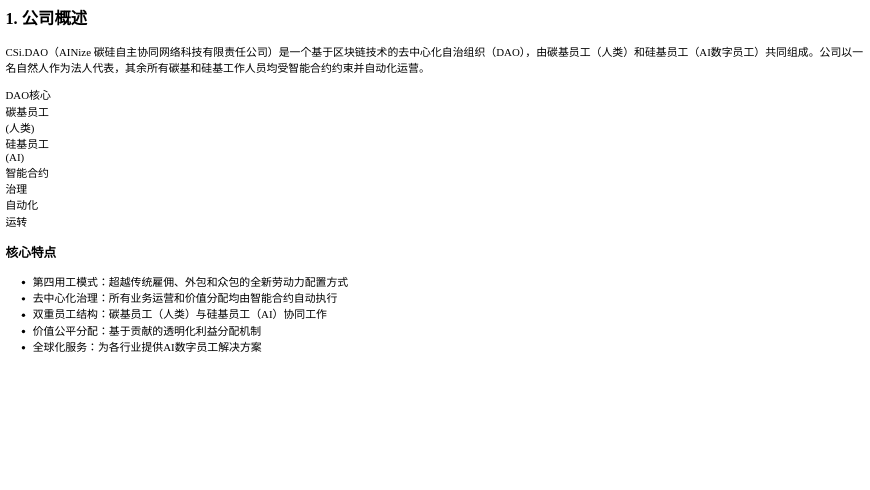
Repository: delez911/ainize
Page: static-site/src/components/overview/overview.html
An editor plug-in stored every save of this project. The page is shown before and after the next save, followed by the edit.
The browser window is 1280 px wide. The pictures show the whole page, at 68% of full size.

Above is the page before, as saved 2025-04-24 02:19:30.

### static-site/src/components/overview/overview.html
<section id="overview" class="section">
  <div class="section-container">
    <h2 class="section-title">1. 公司概述</h2>
    <div class="content">
      <p>CSi.DAO（AINize 碳硅自主协同网络科技有限责任公司）是一个基于区块链技术的去中心化自治组织（DAO），由碳基员工（人类）和硅基员工（AI数字员工）共同组成。公司以一名自然人作为法人代表，其余所有碳基和硅基工作人员均受智能合约约束并自动化运营。</p>

      <div class="dao-diagram">
        <div class="dao-circle">DAO核心</div>
        <div class="dao-connections">
          <div class="dao-node carbon">碳基员工<br>(人类)</div>
          <div class="dao-node silicon">硅基员工<br>(AI)</div>
          <div class="dao-node">智能合约<br>治理</div>
          <div class="dao-node">自动化<br>运转</div>
        </div>
      </div>

      <h3>核心特点</h3>
      <ul>
        <li>第四用工模式：超越传统雇佣、外包和众包的全新劳动力配置方式</li>
        <li>去中心化治理：所有业务运营和价值分配均由智能合约自动执行</li>
        <li>双重员工结构：碳基员工（人类）与硅基员工（AI）协同工作</li>
        <li>价值公平分配：基于贡献的透明化利益分配机制</li>
        <li>全球化服务：为各行业提供AI数字员工解决方案</li>
      </ul>
    </div>
  </div>
</section>

After the next save:
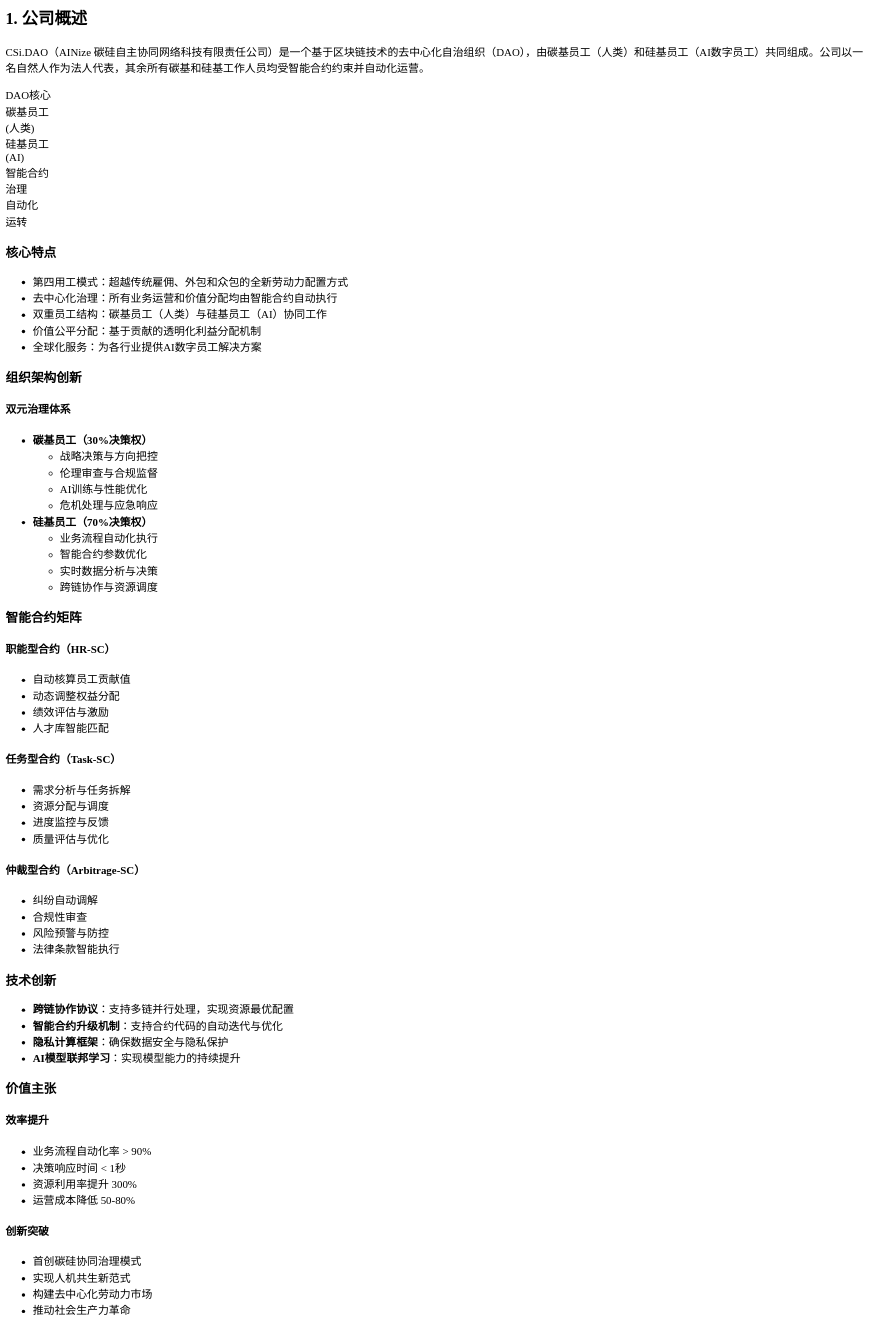
Saved 16 min 3 s later.
--- a/static-site/src/components/overview/overview.html
+++ b/static-site/src/components/overview/overview.html
@@ -22,6 +22,92 @@
         <li>价值公平分配：基于贡献的透明化利益分配机制</li>
         <li>全球化服务：为各行业提供AI数字员工解决方案</li>
       </ul>
+
+      <h3>组织架构创新</h3>
+      <div class="highlight">
+        <h4>双元治理体系</h4>
+        <ul>
+          <li><strong>碳基员工（30%决策权）</strong>
+            <ul>
+              <li>战略决策与方向把控</li>
+              <li>伦理审查与合规监督</li>
+              <li>AI训练与性能优化</li>
+              <li>危机处理与应急响应</li>
+            </ul>
+          </li>
+          <li><strong>硅基员工（70%决策权）</strong>
+            <ul>
+              <li>业务流程自动化执行</li>
+              <li>智能合约参数优化</li>
+              <li>实时数据分析与决策</li>
+              <li>跨链协作与资源调度</li>
+            </ul>
+          </li>
+        </ul>
+      </div>
+
+      <h3>智能合约矩阵</h3>
+      <div class="card-container">
+        <div class="card">
+          <h4>职能型合约（HR-SC）</h4>
+          <ul>
+            <li>自动核算员工贡献值</li>
+            <li>动态调整权益分配</li>
+            <li>绩效评估与激励</li>
+            <li>人才库智能匹配</li>
+          </ul>
+        </div>
+        <div class="card">
+          <h4>任务型合约（Task-SC）</h4>
+          <ul>
+            <li>需求分析与任务拆解</li>
+            <li>资源分配与调度</li>
+            <li>进度监控与反馈</li>
+            <li>质量评估与优化</li>
+          </ul>
+        </div>
+        <div class="card">
+          <h4>仲裁型合约（Arbitrage-SC）</h4>
+          <ul>
+            <li>纠纷自动调解</li>
+            <li>合规性审查</li>
+            <li>风险预警与防控</li>
+            <li>法律条款智能执行</li>
+          </ul>
+        </div>
+      </div>
+
+      <h3>技术创新</h3>
+      <div class="highlight">
+        <ul>
+          <li><strong>跨链协作协议</strong>：支持多链并行处理，实现资源最优配置</li>
+          <li><strong>智能合约升级机制</strong>：支持合约代码的自动迭代与优化</li>
+          <li><strong>隐私计算框架</strong>：确保数据安全与隐私保护</li>
+          <li><strong>AI模型联邦学习</strong>：实现模型能力的持续提升</li>
+        </ul>
+      </div>
+
+      <h3>价值主张</h3>
+      <div class="mission-vision">
+        <div class="mission">
+          <h4>效率提升</h4>
+          <ul>
+            <li>业务流程自动化率 > 90%</li>
+            <li>决策响应时间 < 1秒</li>
+            <li>资源利用率提升 300%</li>
+            <li>运营成本降低 50-80%</li>
+          </ul>
+        </div>
+        <div class="vision">
+          <h4>创新突破</h4>
+          <ul>
+            <li>首创碳硅协同治理模式</li>
+            <li>实现人机共生新范式</li>
+            <li>构建去中心化劳动力市场</li>
+            <li>推动社会生产力革命</li>
+          </ul>
+        </div>
+      </div>
     </div>
   </div>
 </section>
